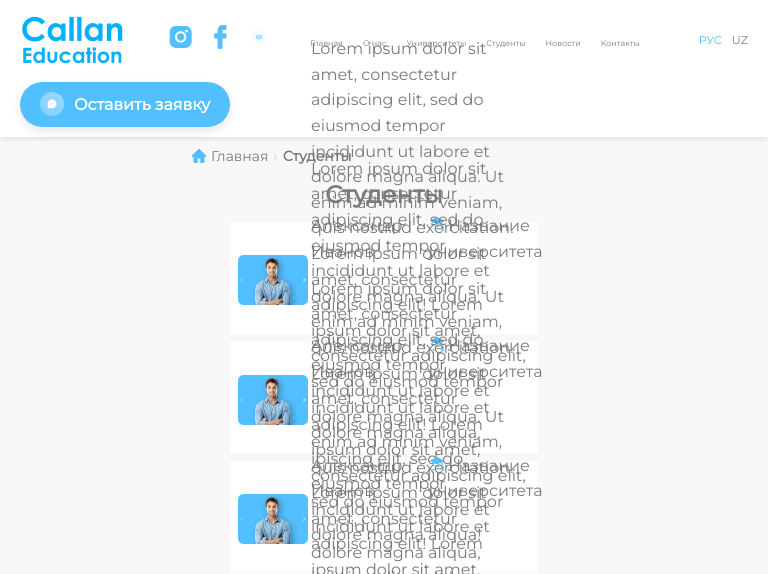
Repository: olyakorzh/Team-project-1
Page: assets/pages/students.html
These files come from the project's save history. The page is drawn as it stood at one moment and after the next save; the edit follows.
The browser window is 768 px wide. The pictures show the part of the page from y = 0 to 574 px (the page is 2625 px tall).
Pictures or frames that could not be fetched are drawn as grey boxes.

Above is the page before, as saved 2024-12-08 17:39:00.

After the next save:
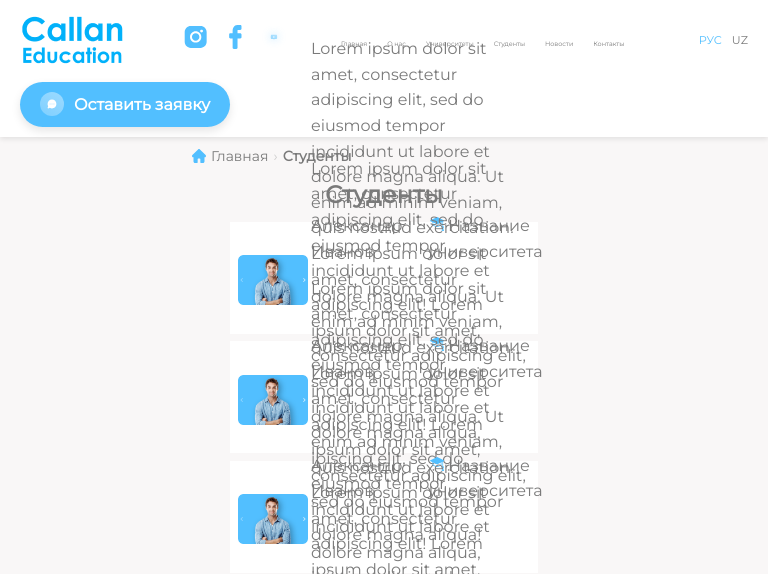
Saved 32 s later.
--- a/assets/styles/students.css
+++ b/assets/styles/students.css
@@ -715,7 +715,7 @@
 
 @media (max-width: 1000px){
   .menu__link {
-    font-size: 0.5em;
+    font-size: 0.4em;
 }
 }
 

After the save that followed:
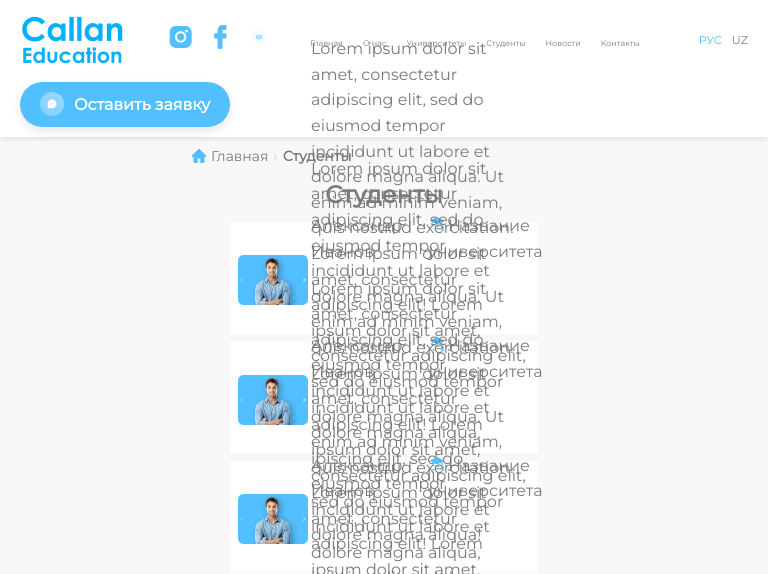
Saved 15 s later.
--- a/assets/styles/students.css
+++ b/assets/styles/students.css
@@ -715,7 +715,7 @@
 
 @media (max-width: 1000px){
   .menu__link {
-    font-size: 0.4em;
+    font-size: 0.5em;
 }
 }
 
